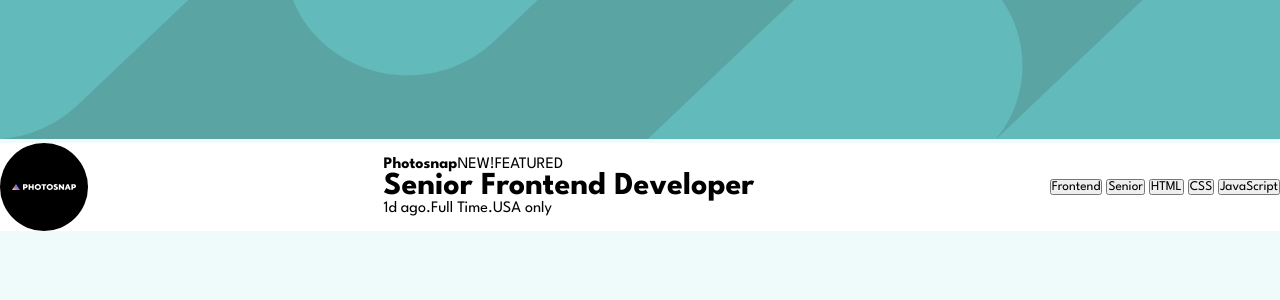
Repository: Eldream12/JobListing
Page: index.html
These files come from the project's save history. The page is drawn as it stood at one moment and after a run of saves; the edit follows.
The browser window is 1280 px wide. The pictures show the whole page.

Above is the page before, as saved 2025-03-31 11:07:18.

### index.html
<!DOCTYPE html>
<html lang="en">
	<head>
		<meta charset="UTF-8" />
		<meta name="viewport" content="width=device-width, initial-scale=1.0" />
		<title>Job Listing</title>
		<link rel="stylesheet" href="style/style.css" />
	</head>

	<body>
		<header>
			<div>
				<img src="Images/bg-header-desktop.svg" alt="NavHeader" />
			</div>
		</header>

		<main>
			<div class="content-carrier">
				<div class="content">
					<img src="Images/photosnap.svg" alt="photosnap" />
					<div class="content-text">
						<div class="txt-1">
							<h4>Photosnap</h4>
							<p>NEW!</p>
							<p>FEATURED</p>
						</div>
						<div class="txt-2">
							<h1>Senior Frontend Developer</h1>
						</div>
						<div class="txt-3">
							<p>1d ago</p>
							<p>.</p>
							<p>Full Time</p>
							<p>.</p>
							<p>USA only</p>
						</div>
					</div>

					<div class="btn">
						<button>Frontend</button>
						<button>Senior</button>
						<button>HTML</button>
						<button>CSS</button>
						<button>JavaScript</button>
					</div>
				</div>
			</div>
		</main>
		<footer></footer>
	</body>
</html>

### style/style.css
@import url("https://fonts.googleapis.com/css2?family=League+Spartan:wght@100..900&display=swap");

* {
	font-family: League Spartan;
	margin: 0;
	padding: 0;
	box-sizing: border-box;
}

html body {
  background-color: hsl(180, 52%, 96%);
}

header img {
	width: 100%;
	background-color: hsl(180, 29%, 50%);
}

.content-carrier .content {
  display: flex;
  background-color: #ffffff;
  align-items: center;
  justify-content: space-between;
}

.content-carrier .content .txt-1 {
  display: flex;
}

.content-carrier .content .txt-3 {
  display: flex;
}

.content-carrier {}

After the next 3 saves:
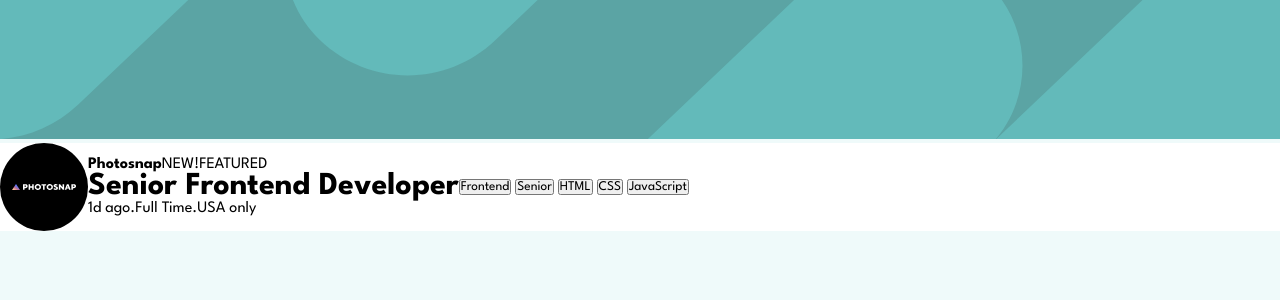
The 3 saves are shown as one change because they came seconds apart.
The last was saved 9 s later.
--- a/style/style.css
+++ b/style/style.css
@@ -8,7 +8,7 @@
 }
 
 html body {
-  background-color: hsl(180, 52%, 96%);
+	background-color: hsl(180, 52%, 96%);
 }
 
 header img {
@@ -17,18 +17,19 @@ header img {
 }
 
 .content-carrier .content {
-  display: flex;
-  background-color: #ffffff;
-  align-items: center;
-  justify-content: space-between;
+	display: flex;
+	background-color: #ffffff;
+	align-items: center;
 }
 
 .content-carrier .content .txt-1 {
-  display: flex;
+	display: flex;
 }
 
 .content-carrier .content .txt-3 {
-  display: flex;
+	display: flex;
 }
 
-.content-carrier {}
+.content-carrier {
+	justify-content: space-between;
+}
